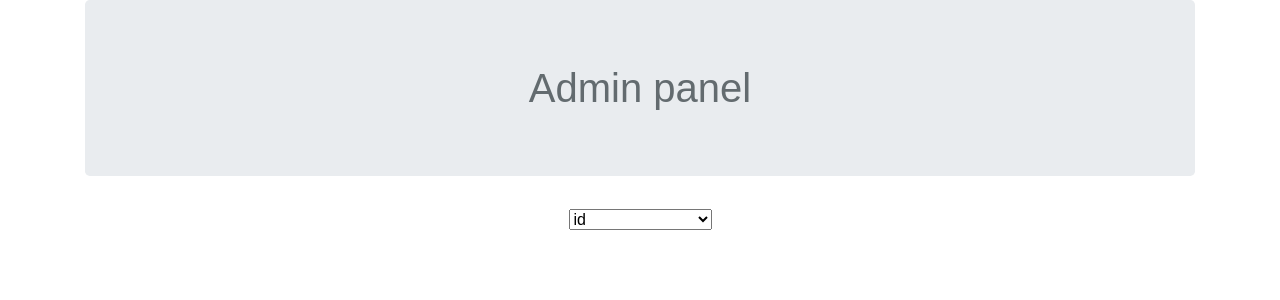
Repository: WOLVGVNG/gameclan
Page: resources/views/admin_panel.blade.php
An editor plug-in stored every save of this project. The page is shown before and after the next save, followed by the edit.
The browser window is 1280 px wide. The pictures show the whole page.
The page is served by the project's Laravel application, run on PHP 8.4 with Laravel 8. Other server files are loaded and not shown. The template is opened directly, without the code that normally fills it, so the values that code supplies are empty.

Above is the page before, as saved 2019-03-19 17:06:11.

### routes/web.php
<?php

/*
|--------------------------------------------------------------------------
| Web Routes
|--------------------------------------------------------------------------
|
| Here is where you can register web routes for your application. These
| routes are loaded by the RouteServiceProvider within a group which
| contains the "web" middleware group. Now create something great!
|
*/

Route::get('/', 'AdminPanelController@index');

### resources/views/admin_panel.blade.php
@extends('layout.app')
@section('content')
<div class='container text-center'>
    <h1 class='jumbotron'>Admin panel</h1>
    <form action='/' method='GET'>
        <select name=''>
            <option>id</option>
            <option>user_name</option>
            <option>email</option>
            <option>active</option>
            <option>banned</option>
            <option>notifiable_email</option>
            <option>email_verified_at</option>
            <option>remember_token</option>
            <option>avatar</option>
            <option>points</option>
            <option>steam_id</option>
            <option>facebook_id</option>
            <option>google_id</option>
            <option>geo</option>
            <option>lang</option>
            <option>ref</option>
            <option>ref_status</option>
            <option>ref_code</option>
            <option>deleted_at</option>
            <option>created_at</option>
            <option>updated_at</option>
        </select>
    </form>
    @foreach($users as $user)
        <div class='row'>
            <div class='user-part-div col'>
                <p class='font-weight-bold'>id</p>
                <p>{{$user->id}}</p>
            </div>
            <div class='user-part-div col'>
                <p class='font-weight-bold'>user_name</p>
                <p>{{$user->user_name}}</p>
            </div>
            <div class='user-part-div col'>
                <p class='font-weight-bold'>email</p>
                <p>{{$user->email}}</p>
            </div>
            @if($user->active === 1)
                <div class='user-part-div col d-flex align-items-center'>
                    <p class='font-weight-bold'>active</p>
                </div>
            @endif
            @if($user->banned === 1)
            <div class='user-part-div col d-flex align-items-center'>
                <p class='font-weight-bold'>banned</p>
            </div>
            @endif
            @if(isset($user->email_verified_at))
                <div class='user-part-div col'>
                    <p class='font-weight-bold'>email_verified_at</p>
                    <p>{{$user->email_verified_at}}</p>
                </div>
            @endif
            @if(isset($user->email_verified_at))
                <div class='user-part-div col'>
                    <p class='font-weight-bold'>remember_token</p>
                    <p>{{$user->remember_token}}</p>
                </div>
            @endif
            <div class='user-part-div col'>
                <p class='font-weight-bold'>avatar</p>
                <p>{{$user->avatar}}</p>
            </div>
            <div class='user-part-div col'>
                <p class='font-weight-bold'>points</p>
                <p>{{$user->points}}</p>
            </div>
            @if(isset($user->steam_id))
                <div class='user-part-div col'>
                    <p class='font-weight-bold'>steam_id</p>
                    <p>{{$user->steam_id}}</p>
                </div>
            @endif
            @if(isset($user->facebook_id))
                <div class='user-part-div col'>
                    <p class='font-weight-bold'>facebook_id</p>
                    <p>{{$user->facebook_id}}</p>
                </div>
            @endif
            @if(isset($user->google_id))
                <div class='user-part-div col'>
                    <p class='font-weight-bold'>google_id</p>
                    <p>{{$user->google_id}}</p>
                </div>
            @endif
            <div class='user-part-div col'>
                <p class='font-weight-bold'>geo</p>
                <p>{{$user->geo}}</p>
            </div>
            <div class='user-part-div col'>
                <p class='font-weight-bold'>lang</p>
                <p>{{$user->lang}}</p>
            </div>
            @if(isset($user->ref))
                <div class='user-part-div col'>
                    <p class='font-weight-bold'>ref</p>
                    <p>{{$user->ref}}</p>
                </div>
            @endif
            @if(isset($user->ref_status))
                <div class='user-part-div col'>
                    <p class='font-weight-bold'>ref_status</p>
                    <p>{{$user->ref_status}}</p>
                </div>
            @endif
            <div class='user-part-div col'>
                <p class='font-weight-bold'>ref_code</p>
                <p>{{$user->ref_code}}</p>
            </div>
            @if(isset($user->deleted_at))
                <div class='user-part-div col'>
                    <p class='font-weight-bold'>deleted_at</p>
                    <p>{{$user->deleted_at}}</p>
                </div>
            @endif
            <div class='user-part-div col'>
                <p class='font-weight-bold'>created_at</p>
                <p>{{$user->created_at}}</p>
            </div>
            @if(isset($user->updated_at))
                <div class='user-part-div col'>
                    <p class='font-weight-bold'>updated_at</p>
                    <p>{{$user->updated_at}}</p>
                </div>
            @endif
        </div>
    @endforeach
</div>
@endsection

### resources/views/layout/app.blade.php
<!doctype html>
<html lang="{{ str_replace('_', '-', app()->getLocale()) }}">
    <head>
        <meta charset="utf-8">
        <meta name="viewport" content="width=device-width, initial-scale=1">

        <title>Laravel</title>

        <link rel="stylesheet" href="https://stackpath.bootstrapcdn.com/bootstrap/4.3.1/css/bootstrap.min.css" integrity="sha384-ggOyR0iXCbMQv3Xipma34MD+dH/1fQ784/j6cY/iJTQUOhcWr7x9JvoRxT2MZw1T" crossorigin="anonymous">

        <style>
            html, body {
                background-color: #fff;
                color: #636b6f;
                font-family: 'Nunito', sans-serif;
                font-weight: 200;
                height: 100vh;
                margin: 0;
            }

            .user-part-div {
                border: 3px solid gray;
            }
        </style>
    </head>
    <body>
        @yield('content')

    </body>
</html>

After the next save:
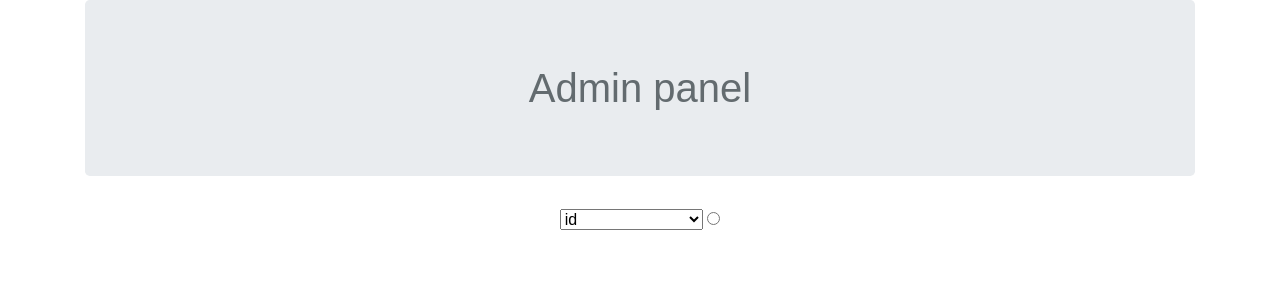
Saved 119 s later.
--- a/resources/views/admin_panel.blade.php
+++ b/resources/views/admin_panel.blade.php
@@ -3,7 +3,7 @@
 <div class='container text-center'>
     <h1 class='jumbotron'>Admin panel</h1>
     <form action='/' method='GET'>
-        <select name=''>
+        <select name='filtr_type'>
             <option>id</option>
             <option>user_name</option>
             <option>email</option>
@@ -26,6 +26,7 @@
             <option>created_at</option>
             <option>updated_at</option>
         </select>
+        <input type='radio' name='filtr_order'
     </form>
     @foreach($users as $user)
         <div class='row'>
